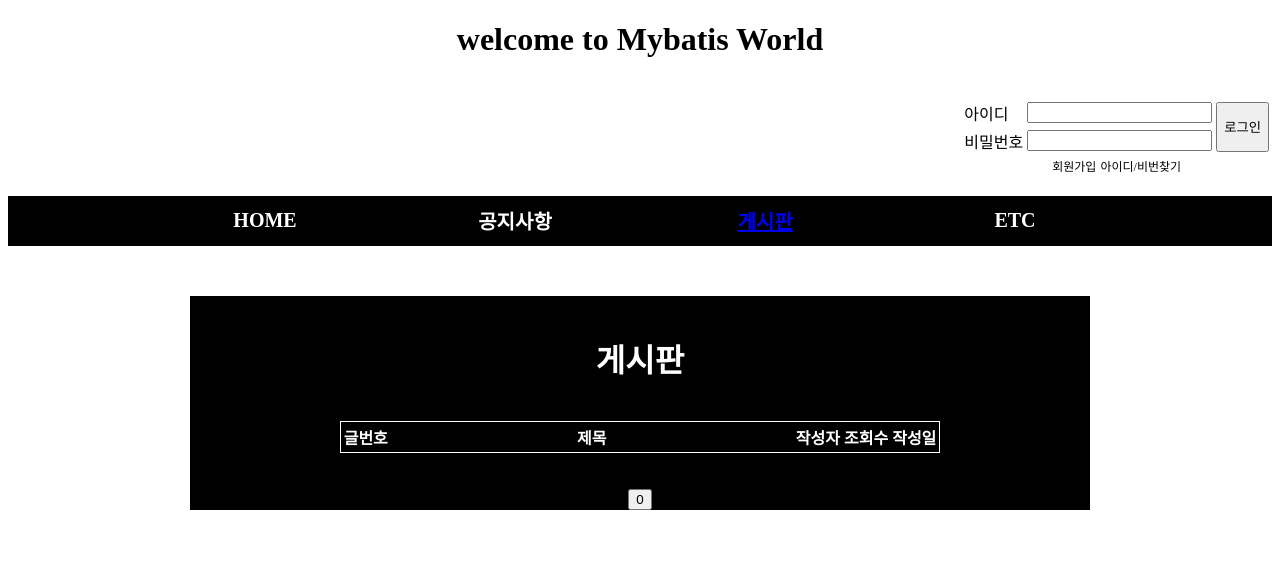
Repository: euicheol99/mystudycode
Page: http://localhost/mybatisProject/views/board/boardListView.jsp
The author's editor kept a copy of each file at every save. The page is drawn from the files as they stood at one save, then again after the next save.
The browser window is 1280 px wide. The pictures show the whole page.
The page is served by Tomcat 10. The template is opened directly, without the code that normally fills it, so the values that code supplies are empty.

Above is the page before, as saved 2025-03-07 01:32:26.

After the next save:
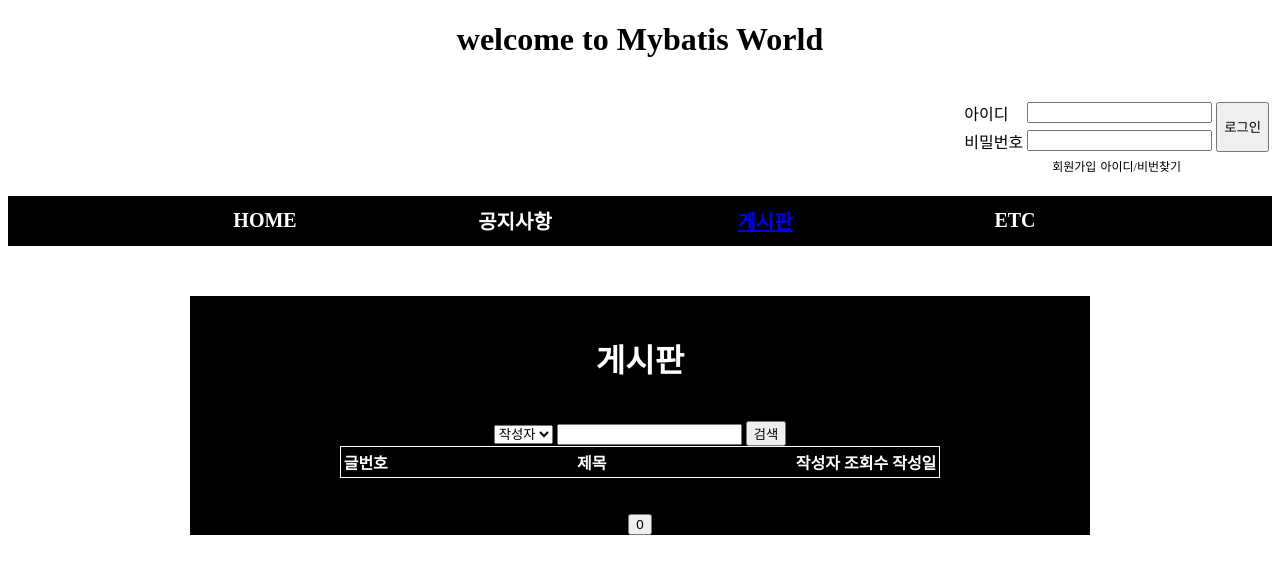
Saved 2 min 41 s later.
--- a/08_Mybatis/mybatisProject/src/main/webapp/views/board/boardListView.jsp
+++ b/08_Mybatis/mybatisProject/src/main/webapp/views/board/boardListView.jsp
@@ -25,6 +25,17 @@
         <br>
         <h1 align="center">게시판</h1>
         <br>
+        <div>
+        	<form>
+        		<select name = "condition">
+        			<option value = "writer">작성자</option>
+        			<option value = "title">제목</option>
+        			<option value= "content">내용</option>
+        		</select>
+        		<input type = "text" name = "keyword">
+        		<button type="submit">검색</button>
+        	</form>
+        </div>
 
         <table id="list-area">
             <thead>
